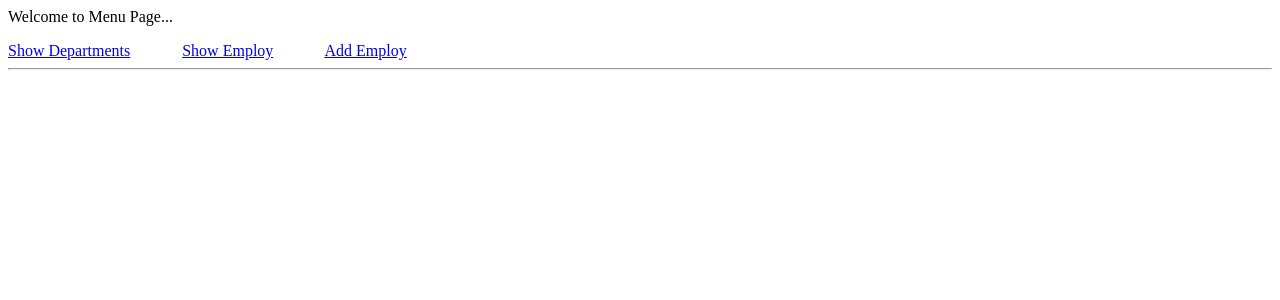
Repository: Guptaji153/Test002
Page: http://localhost/HibJsf/Menu.jsp
These files come from the project's save history. The page is drawn as it stood at one moment and after the next save; the edit follows.
The browser window is 1280 px wide. The pictures show the whole page.
The page is served by Tomcat 9.

Above is the page before, as saved 2025-05-26 06:46:24.

After the next save:
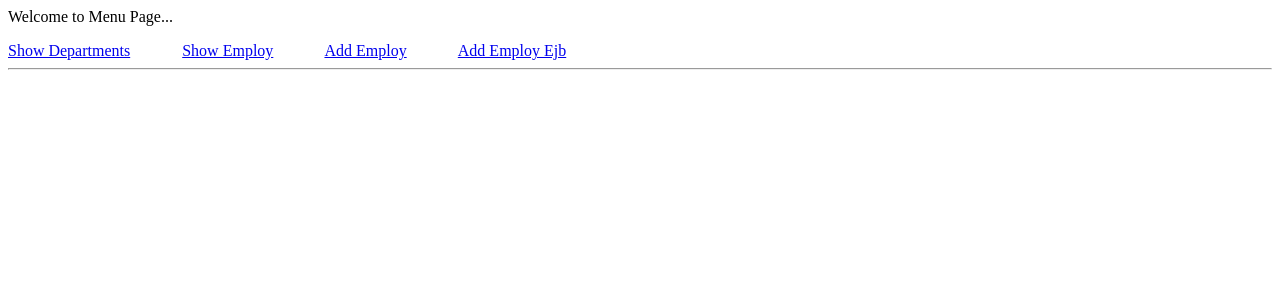
Saved 2 min 56 s later.
--- a/Day33/HibJsf/src/main/webapp/Menu.jsp
+++ b/Day33/HibJsf/src/main/webapp/Menu.jsp
@@ -14,6 +14,7 @@
 	<a href="EmployShow.jsf">Show Employ</a>
 	  &nbsp; &nbsp; &nbsp; &nbsp; &nbsp; &nbsp;
 	  <a href="AddEmploy.jsf">Add Employ</a>
-
+	  &nbsp; &nbsp; &nbsp; &nbsp; &nbsp; &nbsp;
+	  <a href="AddEmployEjb.jsf">Add Employ Ejb</a>
 <hr/>
 </html>
